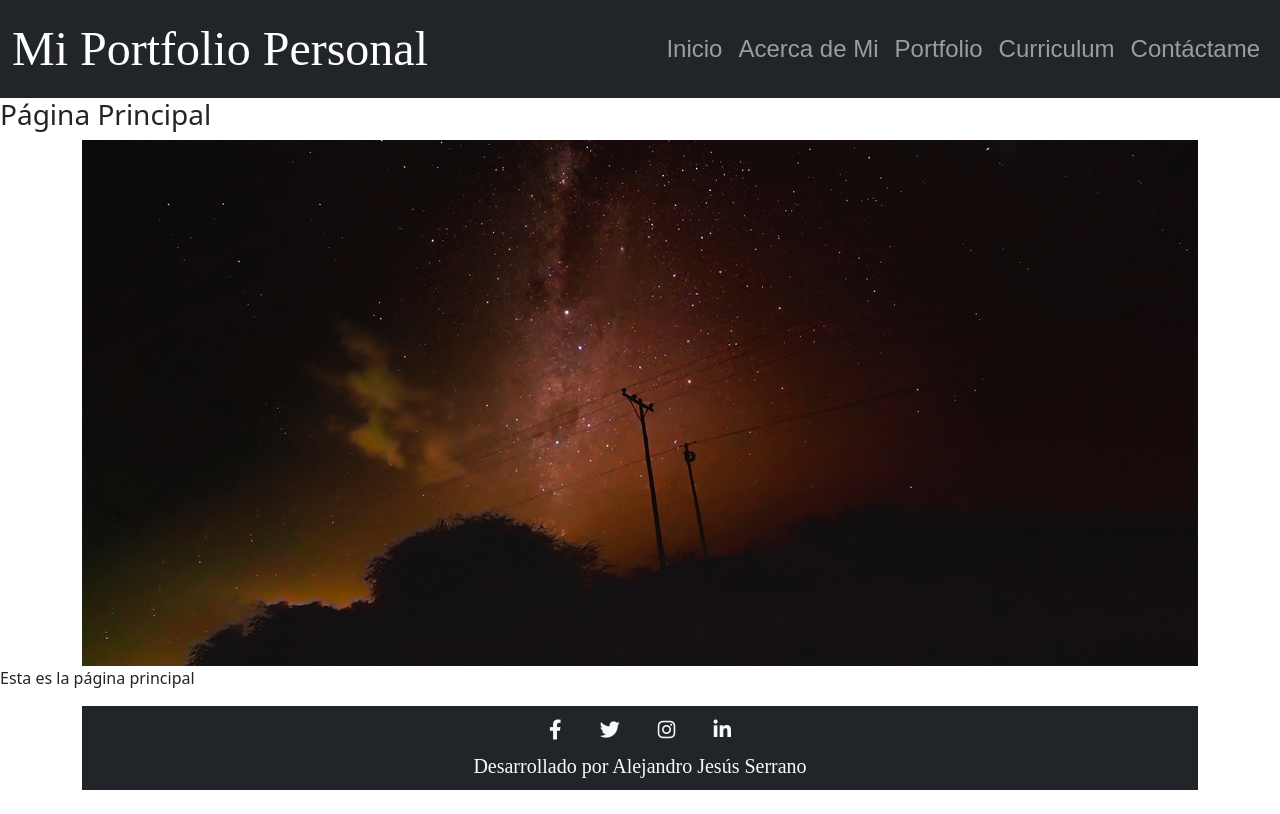
Repository: AlejandroJesusSerrano/portfolio
Page: portfolio/core/templates/core/home.html
An editor plug-in stored every save of this project. The page is shown before and after the next save, followed by the edit.
The browser window is 1280 px wide. The pictures show the whole page.
Some web fonts or font styles are not loaded; a fallback is used. The template is drawn by Django 4.2. The application's start-up code is not run. Other server files are loaded and not shown. The template is opened directly, without the code that normally fills it, so the values that code supplies are empty.

Above is the page before, as saved 2023-09-06 08:39:09.

### portfolio/core/templates/core/home.html
{% extends 'core/base.html' %}
{% load static %}

{% block title %} Inicio {% endblock title %}

{% block content %}
<h3>Página Principal</h3>
<div class="container w-100">
  <img src={% static 'img/sancarlos_noche_web.jpg' %} class="w-100" alt="">
</div>
<p>Esta es la página principal</p>
{% endblock content %}

### portfolio/core/templates/core/base.html
{% load static %}

<!DOCTYPE html>
<html lang="en">

<head>
  <meta charset="UTF-8">
  <meta name="viewport" content="width=device-width, initial-scale=1.0">
  <link rel="stylesheet" href={% static 'lib/bootstrap-5.2/css/bootstrap.min.css' %}>
  <link rel="stylesheet" href={% static 'lib/fontawesome-6.4.2/css/all.min.css' %}>
  <link rel="stylesheet" href={% static 'css/styles.css' %}>
  <title>Portafolio Personal - {% block title %} {% endblock title %}</title>
</head>

<body>
  <!-- HEADER -->
  <nav class="navbar navbar-expand-lg navbar-dark bg-dark">
    <div class="container-fluid">
      <a class="navbar-brand brand" href={% url 'home' %}>Mi Portfolio Personal</a>
      <button class="navbar-toggler" type="button" data-bs-toggle="collapse" data-bs-target="#navbarNav"
        aria-controls="navbarNav" aria-expanded="false" aria-label="Toggle navigation">
        <span class="navbar-toggler-icon"></span>
      </button>
      <div class="collapse navbar-collapse" id="navbarNav">
        <ul class="navbar-nav nav_menu ms-auto">
          <li class="nav-item">
            <a class="nav-link" aria-current="page" href={% url 'home' %}>Inicio</a>
          </li>
          <li class="nav-item">
            <a class="nav-link" href={% url 'about' %}>Acerca de Mi</a>
          </li>
          <li class="nav-item">
            <a class="nav-link" href={% url 'portfolio' %}>Portfolio</a>
          </li>
          <li class="nav-item">
            <a class="nav-link" href={% url 'curriculum' %}>Curriculum</a>
          </li>
          <li class="nav-item">
            <a class="nav-link" href={% url 'contact' %}>Contáctame</a>
          </li>
        </ul>
      </div>
    </div>
  </nav>

  <!-- CONTENT - Template Tags -->

  {% block content %} {%endblock content%}

  <div class="container mb-0">
    <footer class="bg-dark text-center text-light">
      <section class="mb-4">
        <div class="container">
          <a class="btn btn-link btn-floating btn-lg text-light" href="#" role="button">
            <i class="fab fa-facebook-f"></i>
          </a>
          <a class="btn btn-link btn-floating btn-lg text-light" href="#" role="button">
            <i class="fab fa-twitter"></i>
          </a>
          <a class="btn btn-link btn-floating btn-lg text-light" href="#" role="button">
            <i class="fab fa-instagram"></i>
          </a>
          <a class="btn btn-link btn-floating btn-lg text-light" href="#" role="button">
            <i class="fab fa-linkedin-in"></i>
          </a>
        </div>
        <div class="container">
          <div class="mb-2 pb-1">
            <h5 class="develop">Desarrollado por Alejandro Jesús Serrano</h5>
          </div>
        </div>
      </section>
    </footer>
  </div>
  <!-- End of .container -->

  <script src={% static 'lib/bootstrap-5.2/js/bootstrap.min.js' %}></script>
  <script src={% static 'lib/fontawesome-6.4.2/js/all.min.js' %}></script>
</body>

</html>

### portfolio/static/css/styles.css
@import url("https://fonts.googleapis.com/css2?family=Arima:wght@500;700&family=Average+Sans&family=Mulish:ital,wght@0,400;0,500;0,700;1,400;1,500;1,700&display=swap");

* {
  margin: 0;
  padding: 0;
  box-sizing: border-box;
}

.brand {
  font-family: "Arima", cursive;
  font-size: 3rem;
}

.nav_menu {
  font-family: "Average Sans", sans-serif;
  font-size: 1.5rem;
}

.develop {
  font-family: "Arima", cursive;
  font-size: 1.25rem;
}

Loaded but not shown: portfolio/static/lib/bootstrap-5.2/css/bootstrap.min.css (library); portfolio/static/lib/fontawesome-6.4.2/css/all.min.css (library); portfolio/static/lib/bootstrap-5.2/js/bootstrap.min.js (library)

After the next save:
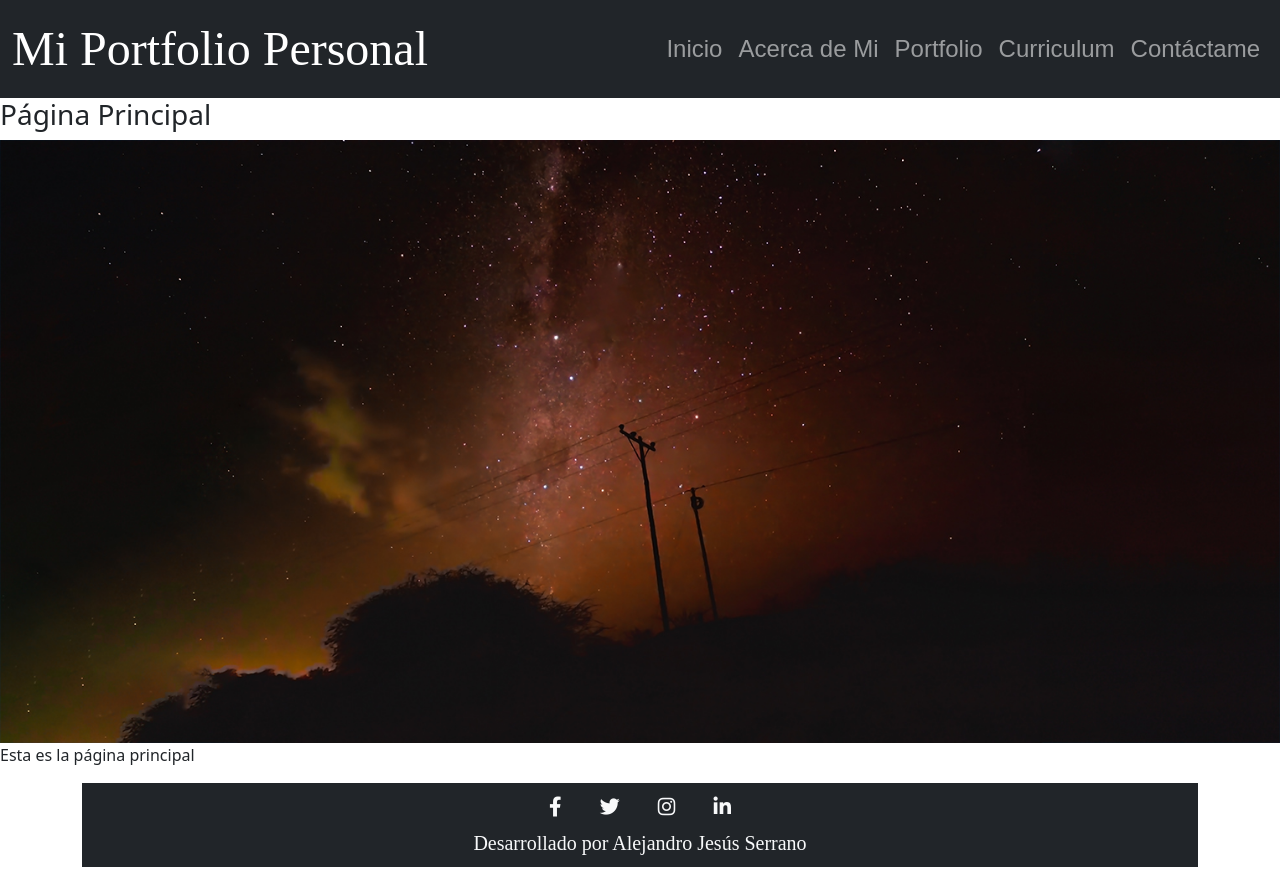
Saved 19 s later.
--- a/portfolio/core/templates/core/home.html
+++ b/portfolio/core/templates/core/home.html
@@ -5,7 +5,7 @@
 
 {% block content %}
 <h3>Página Principal</h3>
-<div class="container w-100">
+<div>
   <img src={% static 'img/sancarlos_noche_web.jpg' %} class="w-100" alt="">
 </div>
 <p>Esta es la página principal</p>
